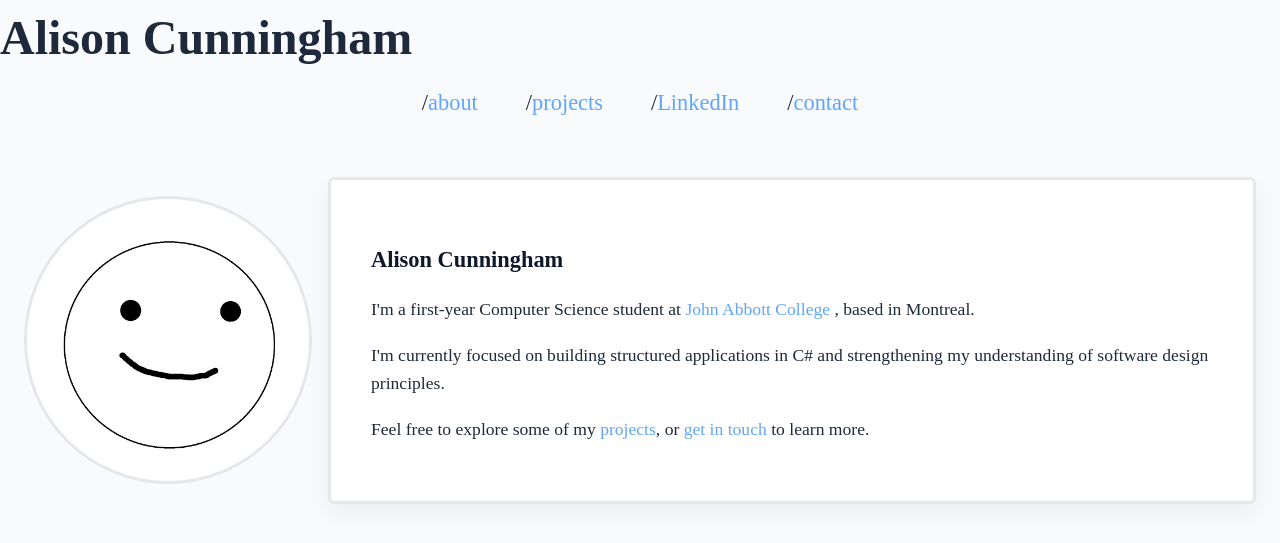
Repository: alison-cunningham/alison-cunningham
Page: index.html
An editor plug-in stored every save of this project. The page is shown before and after the next save, followed by the edit.
The browser window is 1280 px wide. The pictures show the whole page.
Some web fonts or font styles are not loaded; a fallback is used.

Above is the page before, as saved 2026-05-12 20:09:25.

### index.html
<!DOCTYPE html>
<html lang="en">
<head>
    <meta charset="UTF-8" />
    <title>Alison Cunningham - Home Page</title>
    <meta name="viewport" content="width=device-width, initial-scale=1.0">
    <link rel="stylesheet" href="./styles/globals.css"/>
    <link rel="stylesheet" href="./styles/index.css" />
</head>

<body>
    <header>
        <h1>Alison Cunningham</h1>
        <div class="nav-bar">
            <a href="index.html">/<span class="hover-text">about</span></a>
            <a href="./pages/main-projects-page.html">/<span class="hover-text">projects</span></a>
            <a href="https://www.linkedin.com/in/alison-c-427578b5">/<span class="hover-text">LinkedIn</span></a>
            <a href="mailto:cunningham.alison.m@gmail.com">/<span class="hover-text">contact</span></a>
        </div>
    </header>

    <main>
        <img class="home-page-img" src="./assets/images/placeholder.jpg" alt="this is just a placeholder">

        <div class="about-me">
            <h3>Alison Cunningham</h3>
                <p>
        I'm a first-year Computer Science student at
        <a href="https://johnabbott.qc.ca/career-programs/computer-science-technology/" class="hover-text">
            John Abbott College
        </a>, based in Montreal.
    </p>

    <p>
        I'm currently focused on building structured applications in C# and strengthening my understanding of software design principles.
    </p>

    <p>
        Feel free to explore some of my <a href="projects.html" class="hover-text">projects</a>,
        or <a href="mailto:cunningham.alison.m@gmail.com" class="hover-text">get in touch</a> to learn more.
    </p>

        </div>


    </main>



</body>

</html>

### styles/globals.css
@font-face{
    font-family: 'Radio-Canada';
    src: url('../assets/fonts/Radio_Canada/RadioCanada-VariableFont_wdth\,wght.ttf')
}

*{
    box-sizing: border-box;
}

body{
    font-family: 'Radio-Canada';

    background-color: #f8fafc;
    color: #1e293b;

    line-height: 1.6;
    font-size: 1rem;

    margin: 0;
    overflow-x: hidden;
}


a{
    text-decoration: none;
    color: inherit;
}

h3{
    font-size: 1.4rem;
    margin-bottom: 1rem;
    color: #0f172a;
}

.page-header{

    font-size: 1.3rem;
    width: 100%;
    padding: 1rem 0;

    background-color: #ffffff;
    border-bottom: .2rem solid #e5e7eb85;

    display: flex;
    flex-direction: column;
    align-items: center;
    justify-content: center;
    text-align: center;


}

header h1{
    font-size: 3rem;
    margin: 0;
}

.nav-bar{
    display: flex;
    gap: 2rem;

    width: 100%;
    max-width: 100%;

    overflow-x: auto;

    padding: 0.5rem 1rem;
    margin: 0;

    font-size: 1.5rem;
}

.nav-bar::-webkit-scrollbar{
    height: 0.45rem;
}

.nav-bar::-webkit-scrollbar-track{
    background: #e5e7eb;
    border-radius: 999rem;
}

.nav-bar::-webkit-scrollbar-thumb{
    background: #34d399;
    border-radius: 999rem;
}

.hover-text{
    color: #60a5fa;
    position: relative;
}

.hover-text:hover{
    color: #34d399;
}

.hover-text::after{
    content:"";
    position: absolute;
    left: 0;
    bottom: -2px;

    width: 0%;
    height: 2px;
    background: #34d399;
    transition: width 0.6s ease;

}

.hover-text:hover::after {
    width: 100%;
}

### styles/index.css
.home-page-img{
    display: block;
    width: 15rem;
    border: .2rem solid #e5e7eb;
    border-radius: 50%;

    transition: transform 0.3s ease;
}

.home-page-img:hover{
    transform: scale(1.05);
}

main{
    display: flex;
    flex-direction: column;

    align-items: center;
    justify-content: center;

    gap: 3rem;
    padding: 3rem 1.5rem;

    width: 100%;
    margin: 0 auto;
}

.about-me{

    padding: 2rem;
    background-color: #ffffff;

    border: .2rem solid #e5e7eb;
    border-radius: .4rem;

    box-shadow: 0 10px 25px rgba(0,0,0,0.05);
}

@media (min-width: 768px){

    .nav-bar {
        justify-content: center;
        overflow-x: visible;
    }

    main {
        display: grid;
        grid-template-columns: 1fr 2fr;
        align-items: center;
        gap: 1rem;
    }

    .about-me{
        padding: 2.5rem;
    }

    .home-page-img{
        width: 18rem;
    }

}

@media (min-width: 900px) {

    main {
        display: grid;
        grid-template-columns: auto 2fr;
        align-items: center;
        gap: 1rem;
    }

    .page-header{
        font-size: 3.5rem;
        gap: 3rem;
    }

    .nav-bar{
        font-size: 1.4rem;
        gap: 3rem;
    }

    .about-me{
        font-size: 1.1rem;
    }

}

After the next save:
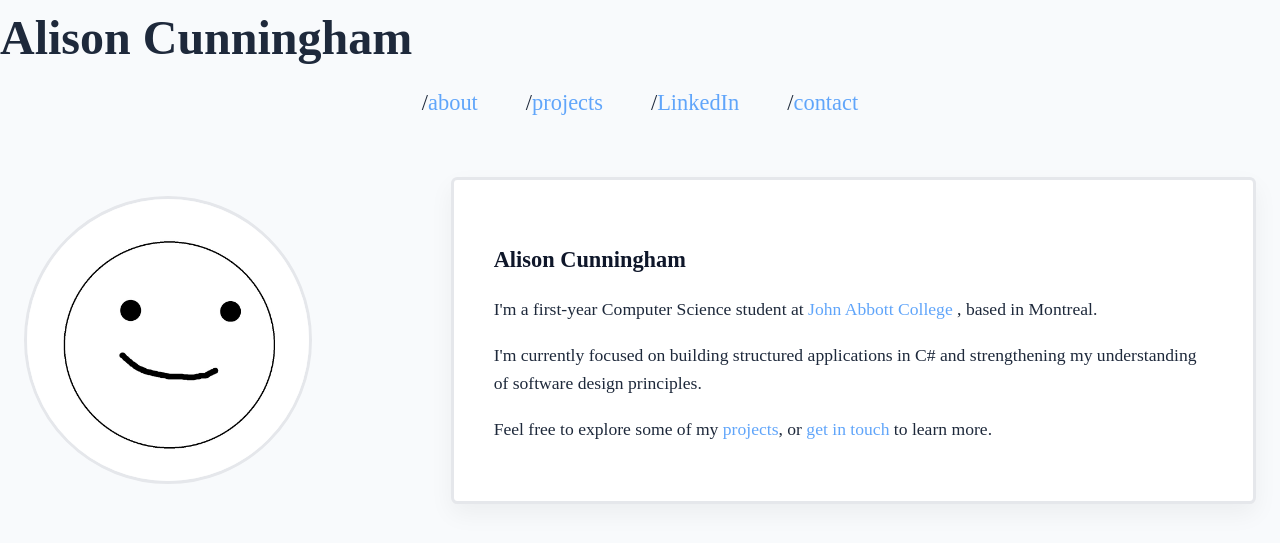
Saved 78 s later.
--- a/styles/index.css
+++ b/styles/index.css
@@ -47,7 +47,7 @@ main{
         display: grid;
         grid-template-columns: 1fr 2fr;
         align-items: center;
-        gap: 1rem;
+        gap: 1.5rem;
     }
 
     .about-me{
@@ -64,9 +64,9 @@ main{
 
     main {
         display: grid;
-        grid-template-columns: auto 2fr;
+        grid-template-columns: 1fr 2fr;
         align-items: center;
-        gap: 1rem;
+        gap: 1.5rem;
     }
 
     .page-header{
